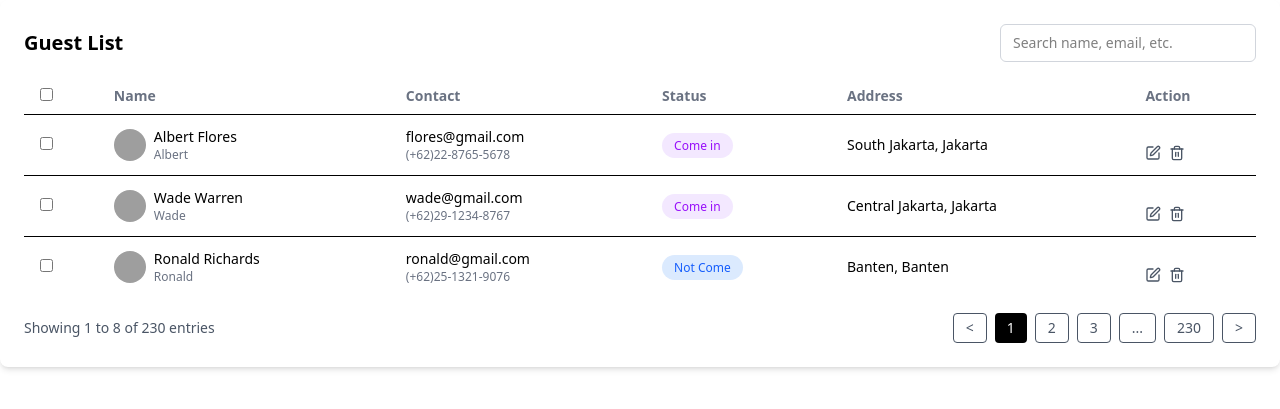
Repository: GAURAV-KUMAR22/restro-food-order-app
Page: /superAdmin (app in qr-app/)
An editor plug-in stored every save of this project. The page is shown before and after the next save, followed by the edit.
The browser window is 1280 px wide. The pictures show the whole page.
Pictures or frames that could not be fetched are drawn as grey boxes. The page's requests for data from a server got no answer. The project was rebuilt for these pictures with package versions that can differ from the ones it lists, and the page was loaded fresh each time. No one was signed in, and anything a server would have sent is missing. Also part of the build but not shown: qr-app/vite.config.js, qr-app/src/Services/ProtectedRoutes.jsx, qr-app/src/components/CardItem.jsx, qr-app/src/Services/PublicAxios.js, qr-app/src/components/CardDetails.jsx, qr-app/src/components/Client/CategoryCard.jsx, qr-app/src/Services/Socket.js, qr-app/src/components/Client/OrderStatusCard.jsx and 35 more.

Above is the page before, as saved 2025-06-11 09:05:58.

### qr-app/index.html
<!DOCTYPE html>
<html lang="en">
  <head>
    <meta charset="UTF-8" />
    <link rel="icon" type="image/svg+xml" href="/vite.svg" />
    <meta name="viewport" content="width=device-width, initial-scale=1.0" />
    <title>Vite + React</title>
    <style>
      @import url("https://fonts.googleapis.com/css2?family=Inter:ital,opsz,wght@0,14..32,100..900;1,14..32,100..900&display=swap");
    </style>
  </head>
  <body>
    <div id="root"></div>
    <script type="module" src="/src/main.jsx"></script>
  </body>
</html>

### qr-app/src/main.jsx
import React, { StrictMode } from "react";
import { createRoot } from "react-dom/client";
import "./index.css";
import App from "./App.jsx";
import { BrowserRouter } from "react-router-dom";
import { Provider } from "react-redux";
import store from "./Store/store.js";
import { AuthProvider } from "../Context/AuthProvider";

createRoot(document.getElementById("root")).render(
  // <StrictMode>
  <BrowserRouter>
    <Provider store={store}>
      <AuthProvider>
        <App />
      </AuthProvider>
    </Provider>
  </BrowserRouter>
  // </StrictMode>,
);

### qr-app/src/index.css
@import "tailwindcss";
.coverimg {
  background: url('/public/assets.image1.png');
}

### qr-app/src/App.jsx
import React, { useEffect } from "react";
import ScrollToTop from "./components/ScrollToTop";
import QrCode from "react-qr-code";
import { Suspense, lazy } from "react";
import { Route, Routes } from "react-router-dom";
import "./App.css";
import { ProtectedRoutes } from "./Services/ProtectedRoutes";
import { Home } from "./Pages/Clients/Home";
import { CartPage } from "./Pages/Clients/CartPage";
import { Category as FoodCategory } from "./Pages/Clients/Category";
import { PaymentsMethod } from "./Pages/Clients/PaymentsMethod";
import { DashBoardPage } from "./Pages/Admin/DashBoardPage";
import { NewProduct } from "./Pages/Admin/NewProduct";
import { NewCategory } from "./Pages/Admin/NewCategory";
import { Category } from "./Pages/Admin/Category";
import { OrderSuccess } from "./Pages/Clients/Order-Success";
import { Signup } from "./Pages/Auth/Signup";
import { Login } from "./Pages/Auth/Login";
import { UserInfo } from "./Pages/Clients/UserInfo";
import { PaymentPage } from "./Pages/Clients/PaymentPage";
import { OrderUpdate } from "./Pages/Admin/OrderUpdate";
import { TotalSale } from "./Pages/Admin/TotalSale";
import { GraphicalPage } from "./Pages/Admin/GraphicalPage";
import { ProductsDetails } from "./Pages/Clients/ProductsDetails";
import { CategoryView } from "./Pages/Admin/CategoryView";
import { TodayOrderStat } from "./Pages/Admin/TodayOrderStat";
import { io } from "socket.io-client";
import { useAuth } from "../Context/AuthProvider";

import { Toaster } from "react-hot-toast";
import { ShopDetails } from "./Pages/ShopDetails";
import { SuperAdminSignup } from "./Pages/Auth/SuperAdminSignup";
import { DashBoard } from "./Pages/SuperAdmin/DashBoard";
import { SuperAdminLogin } from "./Pages/Auth/SuperAdminLogin";
import { AllAdmin } from "./Pages/SuperAdmin/AllAdmin";
import { PendingAdmins } from "./Pages/SuperAdmin/PendingAdmins";

const backendUrl =
  import.meta.env.VITE_MODE === "Production"
    ? import.meta.env.VITE_BACKEND_PROD
    : import.meta.env.VITE_BACKEND_DEV;

const socket = io(backendUrl);
function App() {
  const { isAuthenticated } = useAuth();

  useEffect(() => {
    const handleConnect = () => {};

    const handleDisconnect = () => {};

    socket.on("connect", handleConnect);
    socket.on("disconnect", handleDisconnect);

    return () => {
      socket.off("connect", handleConnect);
      socket.off("disconnect", handleDisconnect);
    };
  }, []);

  return (
    <div className="box-border">
      <QrCode
        value="https://food-order-app-1-jddi.onrender.com/"
        className="hidden"
      />
      <ScrollToTop />

      <Suspense
        fallback={
          <div className="m duration-400 x-auto my-auto w-[98%] animate-pulse">
            <div>
              <div className="mb-4 h-[250px] rounded-lg bg-gray-400"></div>
            </div>
            <div className="mb-4 h-[30px] w-full rounded bg-gray-400"></div>
            <div className="mb-8 flex gap-4">
              {[...Array(5)].map((_, i) => (
                <div
                  key={i}
                  className="h-[180px] w-[170px] rounded-2xl bg-gray-400"
                ></div>
              ))}
            </div>
            <div className="mb-4 flex gap-4">
              {[...Array(5)].map((_, i) => (
                <div
                  key={i}
                  className="h-[180px] w-[170px] rounded-2xl bg-gray-400"
                ></div>
              ))}
            </div>
            <div className="mb-4 h-[35px] w-full rounded bg-gray-400"></div>
            <div className="mb-4 h-[35px] w-full rounded bg-gray-400"></div>
          </div>
        }
      >
        <Routes className="min-w-[375px] h-auto">
          {/* SuperAdmin */}

          <Route path="/signup/superadmin" element={<SuperAdminSignup />} />
          <Route path="/login/superadmin" element={<SuperAdminLogin />} />
          <Route path="/superAdmin" element={<DashBoard />} />
          <Route path="/superAdmin/admin-list" element={<AllAdmin />} />
          <Route path="/superAdmin/pending-admin" element={<PendingAdmins />} />

          {/* Client */}
          <Route index element={<ShopDetails />} />
          <Route path="/login" element={<Login />} />
          <Route path="/signup" element={<Signup />} />
          {/* Default for /shop/:shop */}
          <Route path="/shop/:shopId">
            <Route index element={<Home />} /> {/* Default for /shop/:shop */}
            <Route path="user-info" element={<UserInfo />} />
            <Route path="product/:id" element={<ProductsDetails />} />
            <Route path="cart" element={<CartPage />} />
            <Route path="cart-bill" element={<PaymentsMethod />} />
            <Route path=":category" element={<FoodCategory />} />
            <Route path="payment" element={<PaymentPage />} />
            <Route path="order-success" element={<OrderSuccess />} />
          </Route>
          {/* Admin Protected Routes */}
          <Route path="/" element={<ProtectedRoutes />} className="box-border">
            <Route index path="/admin" element={<DashBoardPage />} />
            <Route path="/admin/createProduct" element={<NewProduct />} />
            <Route path="/admin/Category" element={<Category />} />
            <Route path="/admin/newCategory" element={<NewCategory />} />
            <Route path="/admin/:category" element={<CategoryView />} />
            <Route path="/admin/pending-orders" element={<OrderUpdate />} />
            <Route path="/admin/totelsale" element={<TotalSale />} />
            <Route path="/admin/data-visualize" element={<GraphicalPage />} />
            <Route path="/admin/today-orders" element={<TodayOrderStat />} />
          </Route>
        </Routes>
      </Suspense>
      <Toaster />
    </div>
  );
}

export default App;

### qr-app/src/Store/store.js
import { configureStore } from "@reduxjs/toolkit";
import cartSlice from "../Redux/Cart/index.js";
const store = configureStore({
    reducer: {
        cart: cartSlice
    }
});
export default store;

### qr-app/Context/AuthProvider.jsx
import React, { createContext, useContext, useEffect, useState } from "react";
import PrivateAxios from "../src/Services/PrivateAxios.js";

const AuthContext = createContext();

export const AuthProvider = ({ children }) => {
  const [isAuthenticated, setAuthenticated] = useState(false);
  const [loading, setLoading] = useState(true);

  useEffect(() => {
    const checkAuth = async () => {
      try {
        const res = await PrivateAxios.get("/auth/check");
        setAuthenticated(res.data.authenticated);
      } catch {
        setAuthenticated(false);
      } finally {
        setLoading(false);
      }
    };

    checkAuth();
  }, []);

  if (loading) return <div>Loading...</div>;

  return (
    <AuthContext.Provider value={{ isAuthenticated, setAuthenticated }}>
      {children}
    </AuthContext.Provider>
  );
};

export const useAuth = () => useContext(AuthContext);

### qr-app/src/components/ScrollToTop.jsx
// ScrollToTop.jsx
import { useEffect } from "react";
import { useLocation } from "react-router-dom";

const ScrollToTop = () => {
    const { pathname } = useLocation();

    useEffect(() => {
        // Scrolls to top whenever pathname changes
        window.scrollTo(0, 0);
    }, [pathname]);

    return null;
};

export default ScrollToTop;

### qr-app/src/Pages/SuperAdmin/DashBoard.jsx
// import React from "react";
// import { useState } from "react";
// import { useEffect } from "react";
// import { AdminCard } from "../../components/SuperAdmin/AdminCard";
// import publicAxios from "../../Services/PublicAxios";
// import { set } from "mongoose";
// import PrivateAxios from "../../Services/PrivateAxios";
// import { Sidebar } from "../../components/SuperAdmin/Sidebar";
// import { Home, LayoutDashboard } from "lucide-react";
// import { Link } from "react-router-dom";
// import icons from "../../../public/assets/saled.webp";

// export const DashBoard = () => {
//   const [pendingAdmins, setpendingAdmins] = useState([]);
//   const sideBar = [
//     { name: "Dashboard", icon: <LayoutDashboard size={15} /> },
//     { name: "Products" },
//     { name: "Categorys" },
//     { name: "Admin" },
//     { name: "Users" },
//   ];

//   useEffect(() => {
//     const fetched = async () => {
//       const responce = await PrivateAxios.get("/auth/pending-admin");
//       if (responce) {
//         setpendingAdmins(responce.data.content);
//       }
//     };
//     fetched();
//   }, []);

//   return (
//     <div>
//       <div className="bg-blue-200 flex items-center justify-between px-4 py-2">
//         {/* Title Section */}
//         <h1 className="text-2xl font-semibold w-1/5 flex  items-center">
//           SuperAdmin
//         </h1>

//         {/* Navigation & Avatar Section */}
//         <div className="flex items-center space-x-6 w-4/5 justify-between">
//           {/* Navigation Links */}
//           <div className="flex space-x-4 items-baseline-last">
//             <Link className="text-blue-700 hover:underline">All Admin</Link>
//             <Link className="text-blue-700 hover:underline">
//               Pending Approval
//             </Link>
//           </div>

//           {/* Avatar */}
//           <div>
//             <img
//               src={icons}
//               alt="avatar"
//               className="rounded-full w-[70px] h-[70px] object-cover"
//             />
//           </div>
//         </div>
//       </div>

//       <div className="flex flex-row">
//         <div className=" w-1/5 h-[100vh]">
//           <h1 className="flex justify-start text-2xl px-3">Menu</h1>
//           {sideBar.map((item, index) => (
//             <Sidebar item={item} />
//           ))}
//         </div>
//         <div className=" w-full">
//           <div className="grid grid-cols-4 space-x-3 mt-3 px-3 ">
//             <div className="bg-gray-200 h-25">
//               <Link to={`/superAdmin/admin-list`}>
//                 <h1 className="text-blue-600 text-center text-xl font-semibold">
//                   All Admins
//                 </h1>
//               </Link>
//             </div>
//             <div className="bg-gray-200 h-25">
//               <Link to={`/superAdmin/pending-admin`}>
//                 <h1 className="text-blue-600 text-center text-xl font-semibold">
//                   Pending Admins
//                 </h1>
//               </Link>
//             </div>
//             <div className="bg-gray-200 h-25">
//               <Link>
//                 <h1 className="text-blue-600 text-center text-xl font-semibold">
//                   All Admins
//                 </h1>
//               </Link>
//             </div>
//             <div className="bg-gray-200 h-25">
//               <Link>
//                 <h1 className="text-blue-600 text-center text-xl font-semibold">
//                   All Admins
//                 </h1>
//               </Link>
//             </div>
//           </div>
//         </div>
//       </div>
//     </div>
//   );
// };

//  <div>
//         {pendingAdmins.map((item, index) => (
//           <AdminCard item={item} />
//         ))}
//       </div>

import React from "react";
import { Edit, Trash2 } from "lucide-react";

const guests = [
  {
    name: "Albert Flores",
    email: "flores@gmail.com",
    phone: "(+62)22-8765-5678",
    status: "Come in",
    address: "South Jakarta, Jakarta",
    avatar: "https://i.pravatar.cc/40?img=1",
  },
  {
    name: "Wade Warren",
    email: "wade@gmail.com",
    phone: "(+62)29-1234-8767",
    status: "Come in",
    address: "Central Jakarta, Jakarta",
    avatar: "https://i.pravatar.cc/40?img=2",
  },
  {
    name: "Ronald Richards",
    email: "ronald@gmail.com",
    phone: "(+62)25-1321-9076",
    status: "Not Come",
    address: "Banten, Banten",
    avatar: "https://i.pravatar.cc/40?img=3",
  },
  // Add more entries as needed
];

export const DashBoard = () => {
  return (
    <div className="p-6 bg-white rounded-lg shadow-md">
      <div className="flex justify-between items-center mb-4">
        <h2 className="text-xl font-semibold">Guest List</h2>
        <input
          type="text"
          placeholder="Search name, email, etc."
          className="border border-gray-300 px-3 py-2 rounded-md text-sm w-64"
        />
      </div>
      <table className="w-full text-left border-collapse">
        <thead className="text-gray-500 text-sm">
          <tr>
            <th className="py-2 px-4">
              <input type="checkbox" />
            </th>
            <th className="py-2 px-4">Name</th>
            <th className="py-2 px-4">Contact</th>
            <th className="py-2 px-4">Status</th>
            <th className="py-2 px-4">Address</th>
            <th className="py-2 px-4">Action</th>
          </tr>
        </thead>
        <tbody className="text-sm">
          {guests.map((guest, index) => (
            <tr key={index} className="border-t">
              <td className="py-3 px-4">
                <input type="checkbox" />
              </td>
              <td className="py-3 px-4 flex items-center space-x-2">
                <img
                  src={guest.avatar}
                  alt="avatar"
                  className="w-8 h-8 rounded-full"
                />
                <div>
                  <div className="font-medium">{guest.name}</div>
                  <div className="text-gray-500 text-xs">
                    {guest.name.split(" ")[0]}
                  </div>
                </div>
              </td>
              <td className="py-3 px-4">
                <div>{guest.email}</div>
                <div className="text-gray-500 text-xs">{guest.phone}</div>
              </td>
              <td className="py-3 px-4">
                <span
                  className={`px-3 py-1 rounded-full text-xs font-medium ${
                    guest.status === "Come in"
                      ? "bg-purple-100 text-purple-600"
                      : "bg-blue-100 text-blue-600"
                  }`}
                >
                  {guest.status}
                </span>
              </td>
              <td className="py-3 px-4">{guest.address}</td>
              <td className="py-3 px-4 flex space-x-2">
                <Edit className="w-4 h-4 text-gray-600 cursor-pointer" />
                <Trash2 className="w-4 h-4 text-gray-600 cursor-pointer" />
              </td>
            </tr>
          ))}
        </tbody>
      </table>

      {/* Pagination */}
      <div className="mt-4 flex items-center justify-between text-sm text-gray-600">
        <span>Showing 1 to 8 of 230 entries</span>
        <div className="flex space-x-2">
          <button className="px-3 py-1 border rounded">{"<"}</button>
          <button className="px-3 py-1 bg-black text-white rounded">1</button>
          <button className="px-3 py-1 border rounded">2</button>
          <button className="px-3 py-1 border rounded">3</button>
          <button className="px-3 py-1 border rounded">...</button>
          <button className="px-3 py-1 border rounded">230</button>
          <button className="px-3 py-1 border rounded">{">"}</button>
        </div>
      </div>
    </div>
  );
};

### qr-app/src/Redux/Cart/index.js
import { createSlice } from "@reduxjs/toolkit";

// Helper to load cart from localStorage
const getInitialCart = () => {
  const storedCart = localStorage.getItem("cart");
  return storedCart ? JSON.parse(storedCart) : [];
};

export const cartSlice = createSlice({
  name: "cart",
  initialState: {
    cartItems: getInitialCart(), // Load initial cart state from localStorage
  },
  reducers: {
    addToCart: (state, action) => {
      const product = action.payload;
      const existingItem = state.cartItems.find(
        (item) => item._id === product._id
      );

      if (existingItem) {
        existingItem.quantity += 1;
      } else {
        state.cartItems.push({ ...product, quantity: 1 });
      }

      // Sync with localStorage
      localStorage.setItem("cart", JSON.stringify([...state.cartItems]));
    },

    incrementCart: (state, action) => {
      const item = state.cartItems.find((item) => item._id === action.payload);
      if (item) {
        item.quantity += 1;
        localStorage.setItem("cart", JSON.stringify([...state.cartItems]));
      }
    },

    removeFromCart: (state, action) => {
      const productId = action.payload;
      const existingItem = state.cartItems.find(
        (item) => item._id === productId
      );

      if (existingItem) {
        if (existingItem.quantity > 1) {
          existingItem.quantity -= 1;
        } else {
          state.cartItems = state.cartItems.filter(
            (item) => item._id !== productId
          );
        }
        localStorage.setItem("cart", JSON.stringify([...state.cartItems]));
      }
    },

    updateQuantity: (state, action) => {
      const { id, quantity } = action.payload;
      const itemIndex = state.cartItems.findIndex((item) => item._id === id);

      if (itemIndex !== -1) {
        if (quantity === 0) {
          state.cartItems.splice(itemIndex, 1); // Remove item
        } else {
          state.cartItems[itemIndex].quantity = quantity; // Update quantity
        }
      }

      localStorage.setItem("cart", JSON.stringify([...state.cartItems]));
    },

    clearCart: (state) => {
      state.cartItems = [];
      localStorage.removeItem("cart");
    },

    loadCartFromLocalStorage: (state) => {
      const storedCart = localStorage.getItem("cart");
      if (storedCart) {
        state.cartItems = JSON.parse(storedCart);
      }
    },

    syncCartFromLocalStorage: (state) => {
      const cart = localStorage.getItem("cart");
      state.cartItems = cart ? JSON.parse(cart) : [];
    },
  },
});

export const {
  addToCart,
  removeFromCart,
  incrementCart,
  loadCartFromLocalStorage,
  clearCart,
  syncCartFromLocalStorage,
  updateQuantity,
} = cartSlice.actions;

export default cartSlice.reducer;

### qr-app/src/Services/PrivateAxios.js
import axios from "axios";

const PrivateAxios = axios.create({
  baseURL: `${
    import.meta.env.VITE_MODE === "Production"
      ? import.meta.env.VITE_BACKEND_PROD
      : import.meta.env.VITE_BACKEND_DEV
  }/api/v1`,
  headers: {
    "Content-Type": "application/json",
  },
  withCredentials: true, // ✅ Required for sending cookies with requests
});

PrivateAxios.interceptors.request.use(
  (response) => response,
  (error) => {
    if (error.response?.status === 401) {
      console.warn("Unauthorized. Possibly invalid or expired session.");
      // Optional: redirect to login or clear local app state
      // window.location.href = "/login";
    }
    return Promise.reject(error);
  }
);

export default PrivateAxios;

### qr-app/src/Pages/Clients/Home.css
* {
  box-sizing: border-box;
}

.hide-scrollbar::-webkit-scrollbar {
  display: none;
}
.hide-scrollbar {
  -ms-overflow-style: none; /* IE and Edge */
  scrollbar-width: none; /* Firefox */
}

.search-container {
  margin: 16px;
  position: static;
  width: 343;
  height: 78;
  top: 224px;
  left: 16px;
  gap: 12px;
}

.search-container p {
  text-align: center;
}

.search-input {
  width: 343px;
  height: 40px;
  gap: 4px;
  border-radius: 8px;
  padding-top: 10px;
  padding-right: 16px;
  padding-bottom: 10px;
  padding-left: 16px;
  border-width: 1px;
  text-align: center;
  border: 1px solid #cdd6de;
}

.food-items {
  display: flex;
  margin: 10px 0 10px 10px;
  overflow-x: scroll;
  gap: 10px;
}

.item-card {
  width: 62px;
  height: 82px;
  gap: 2px;
  text-align: center;
}

.item-card p {
  width: 62;
  height: 18;
  font-family: Inter;
  font-weight: 500;
  font-size: 11px;
  line-height: 17.6px;
  letter-spacing: -0.4%;
  text-align: center;
  padding-left: 2px;
}

.best-seller-item {
  margin: 10px;
}

.detail-card {
  min-width: 140px;
  max-height: 140px;
  gap: 4px;
  border-radius: 16px;
  padding: 8px;
  margin-bottom: 10px;
  background: #ffffff;
  overflow-x: scroll;
  margin: 5px;
}

.detail-card img {
  /* width: 90; */
  height: 65;
  justify-content: center;
  align-items: center;
  display: flex;
  text-align: center;
}

.detail-card-head {
  display: flex;
  gap: 80px;
  margin-top: 10px;
  justify-content: space-between;
}

.cardList {
  display: flex;
  gap: 4px;
}

.detail-card h3 p {
  width: 108px;
  height: 23px;
  font-family: Inter;
  font-weight: 500;
  font-size: 14px;
  line-height: 22.4px;
  letter-spacing: -1%;
  background: #000000;
}

.burger-item-list {
  width: 344px;
  height: 169px;
  justify-content: space-between;
  display: flex;
  flex-wrap: wrap;
}

.detail-card button {
  width: 132px;
  height: 32px;
  gap: 10px;
  border-radius: 8px;
  padding-top: 4px;
  padding-right: 8px;
  padding-left: 8px;
  border-width: 1px;
  background: #f9d718;
  border: 1px solid #f9d718;
}

.detail-card-specil {
  width: 159px;
  height: 169px;
  padding-inline: 10px;
  border-radius: 16px;
  background: #ffffff;
  box-shadow: 0px 10px 20px 0px #adb3561a;
}

/* Burger Page */

.item-cards {
  display: flex;
  width: 375;
  height: 58;
  top: 44px;
  gap: 10px;
  padding-right: 21px;
  padding-bottom: 16px;
  padding-left: 21px;
}

.item-card a {
  display: flex;
  gap: 2px;
}

.burger-item-list {
  display: grid;
  align-content: flex-start;
  flex-wrap: wrap;
  top: 110px;
  left: 16px;
}

/* Orders page */

.order-container {
  background: #ffffff;
}

.orderDetils {
  width: 100%;
  min-width: 344;
  height: 12;
  justify-content: space-between;
  border-radius: 16px;
  padding: 8px;
}

.order-detils-card {
  display: flex;
  width: 344;
  height: 120;
  justify-content: space-between;
  border-radius: 16px;
  margin: 5px;
  background: #ffffff;
  box-shadow: 5px 5px rgba(235, 235, 240, 0.8);
}

.left {
  margin: 10px;
  width: 150;
  height: 94;
  gap: 16px;
}

.left h4 {
  width: 120px;
  height: 26px;
  font-family: Inter;
  font-weight: 550;
  font-size: 20px;
  line-height: 25.6px;
  letter-spacing: -1%;
}

.right {
  width: 102px;
  height: 130px;
  gap: 8px;
  margin: 6px;
}

.right img {
  width: 85;
  height: 64;
  object-fit: fill;
}

/* .order-quantityBtn {
    width: 100px;
    height: 32;
    justify-content: space-between;
    border-radius: 8px;
    padding: 5px;
    border-width: 1px;
    display: flex;
    margin-inline: 10px;
    background-color: #F9D718;
    margin-inline: 10px;
    gap: 10px;

} */

/*
.order-quantityBtn p {
    display: flex;
    align-items: center;
    justify-content: center;
} */

/* .order-quantityBtn img {
    justify-content: center;
    align-items: center;
    width: 50px;
} */

.order-calc div {
  justify-content: space-between;
  margin: 16px;
  display: flex;
  width: 343;
  height: 128;
  top: 558px;
  left: 16px;
  gap: 16px;
}

.order-btn {
  /* position: unset;
    margin-left: 14px;
    display: flex;
    width: 99%;
    margin-right: 30px;
    height: 40px;
    top: 731px;
    left: 16px;
    gap: 10px; */
  margin: 0 auto;
  width: 90%;
  border-radius: 8px;
  border-width: 1px;
  padding-top: 4px;
  padding-right: 8px;
  padding-bottom: 4px;
  padding-left: 8px;
  background: #f9d718;
  border: 1px solid #ae9507;
  box-shadow: 0px 10px 20px 0px #0000001a;
}

.payment-method {
  width: 343;
  height: 560;
  top: 68px;
  left: 16px;
  gap: 8px;
}

.payment-method p {
  width: 149;
  height: 23;
  font-family: Inter;
  font-weight: 400;
  font-size: 14px;
  line-height: 22.4px;
  letter-spacing: 0%;
  text-align: center;
}

.amount {
  justify-content: center;
  align-items: center;
  text-align: center;
}

/* Table styling */
.styled-table {
  width: 100%;
  font-family: Arial, sans-serif;
  border: none;
  max-height: 250px;
  justify-content: first baseline;
  align-content: first baseline;
}

.styled-table thead tr {
  text-align: left;
  padding: 10px;
  border-bottom: 1px solid black;
}

.styled-table td {
  padding: 10px;
  text-align: start;
}

.styled-table tbody tr:nth-child(even) {
  background-color: #f2f2f2;
}

.styled-table tbody tr:hover {
  background-color: #ddd;
}

.styled-table td:first-child {
  text-align: left;
  font-weight: bold;
}

.icCard {
  margin: 0 auto;
  align-items: center;
  justify-content: center;
  display: flex;
}

.star-icon:hover {
  color: inherit !important;
  transform: none !important;
}

Loaded but not shown: qr-app/src/App.css (common file)

After the next save:
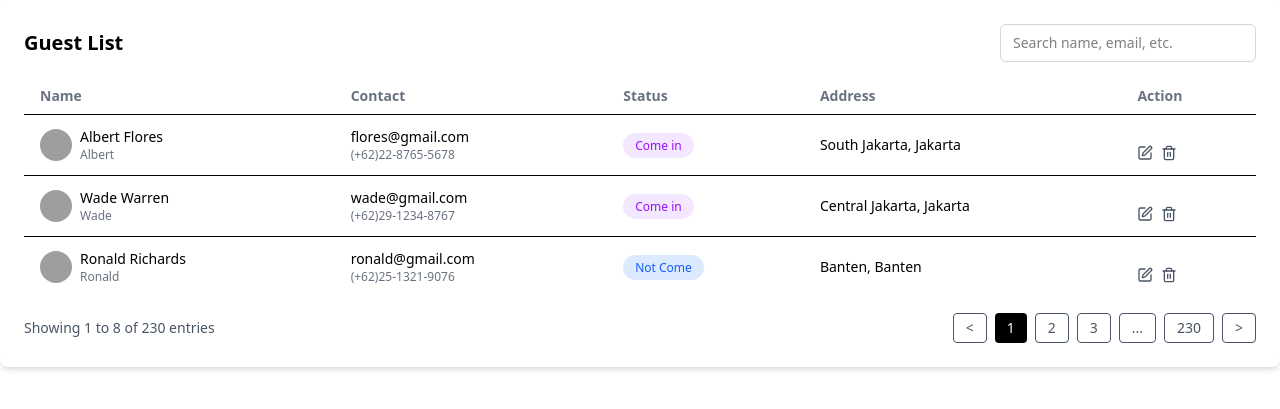
Saved 9 min 23 s later.
--- a/qr-app/src/Pages/SuperAdmin/DashBoard.jsx
+++ b/qr-app/src/Pages/SuperAdmin/DashBoard.jsx
@@ -154,9 +154,6 @@ export const DashBoard = () => {
       <table className="w-full text-left border-collapse">
         <thead className="text-gray-500 text-sm">
           <tr>
-            <th className="py-2 px-4">
-              <input type="checkbox" />
-            </th>
             <th className="py-2 px-4">Name</th>
             <th className="py-2 px-4">Contact</th>
             <th className="py-2 px-4">Status</th>
@@ -167,9 +164,6 @@ export const DashBoard = () => {
         <tbody className="text-sm">
           {guests.map((guest, index) => (
             <tr key={index} className="border-t">
-              <td className="py-3 px-4">
-                <input type="checkbox" />
-              </td>
               <td className="py-3 px-4 flex items-center space-x-2">
                 <img
                   src={guest.avatar}
